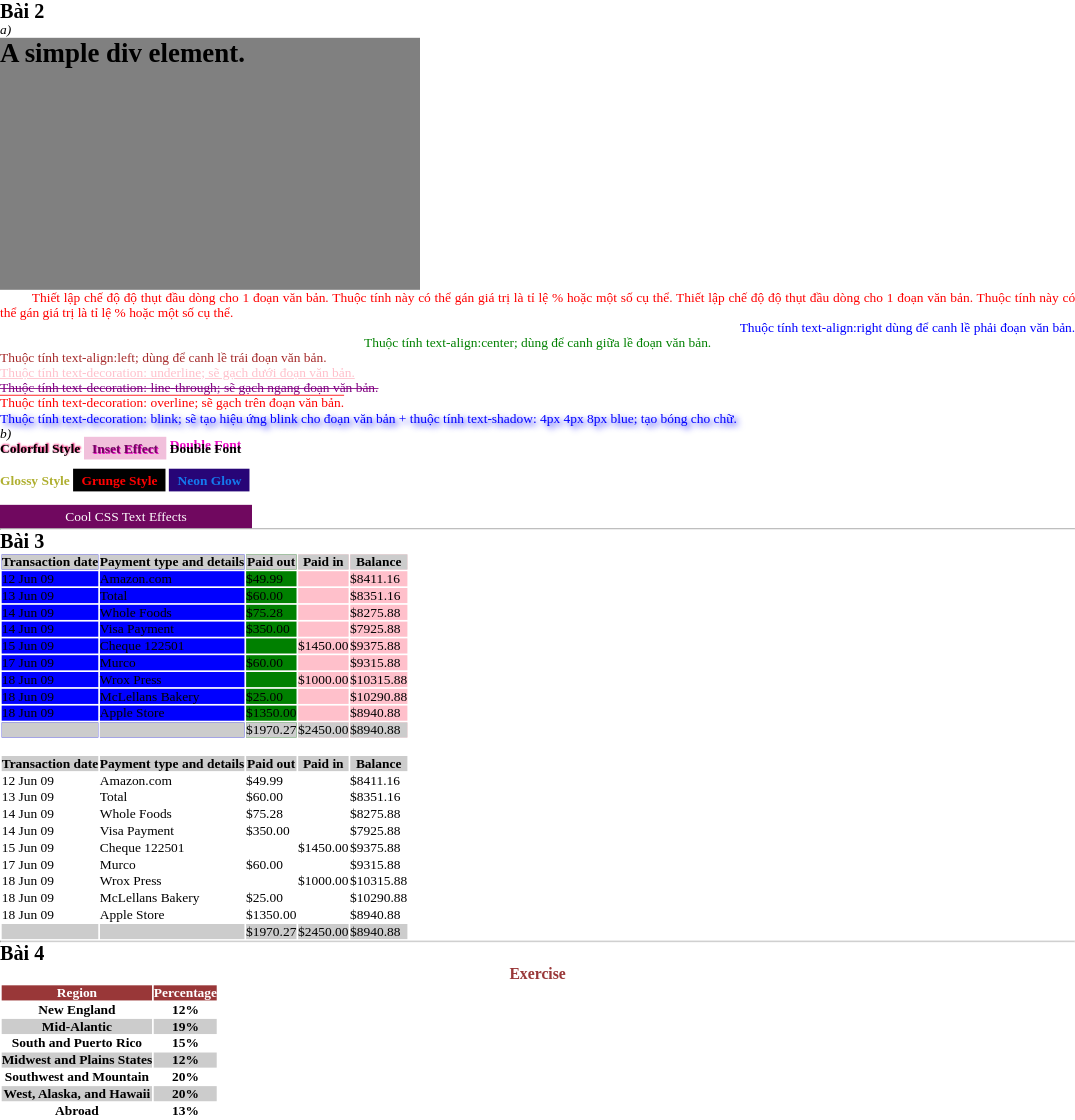
Repository: hoangnguyen1903/STT_21084321_NguyenHuyHoang_DHKHMT17B
Page: html/index.html
The author's editor kept a copy of each file at every save. The page is drawn from the files as they stood at one save, then again after the next save.
The browser window is 1280 px wide. The pictures show the whole page, at 84% of full size.

Above is the page before, as saved 2023-03-02 14:31:10.

After the next save:
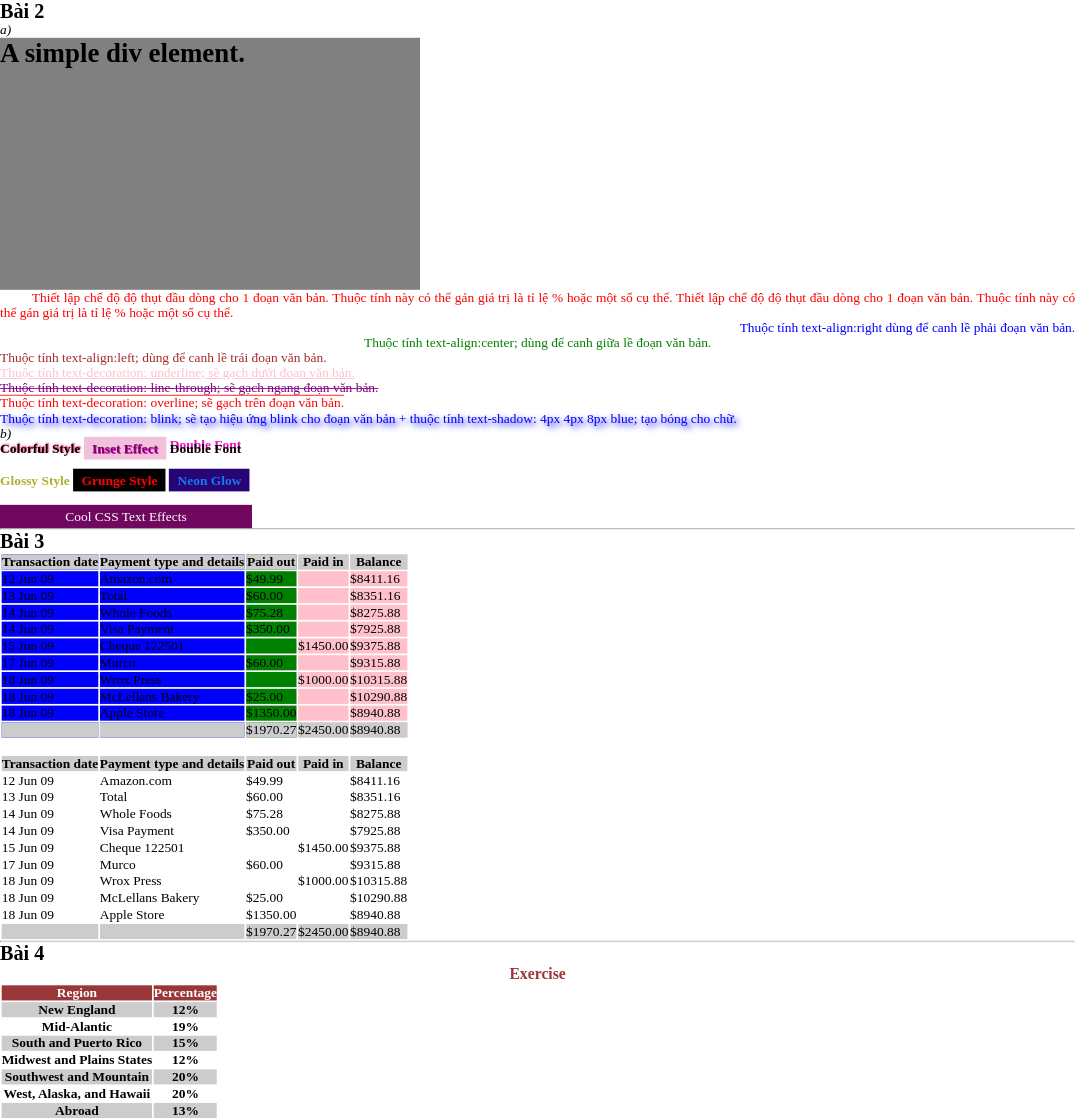
Saved 8 s later.
--- a/html/index.html
+++ b/html/index.html
@@ -30,7 +30,7 @@
         border-bottom: 1px solid #993738;
       }
 
-      #bai4 > table > tbody > tr:nth-child(even) {
+      #bai4 > table > tbody > tr:nth-child(odd) {
         color: black;
         background-color: #ccc;
       }
